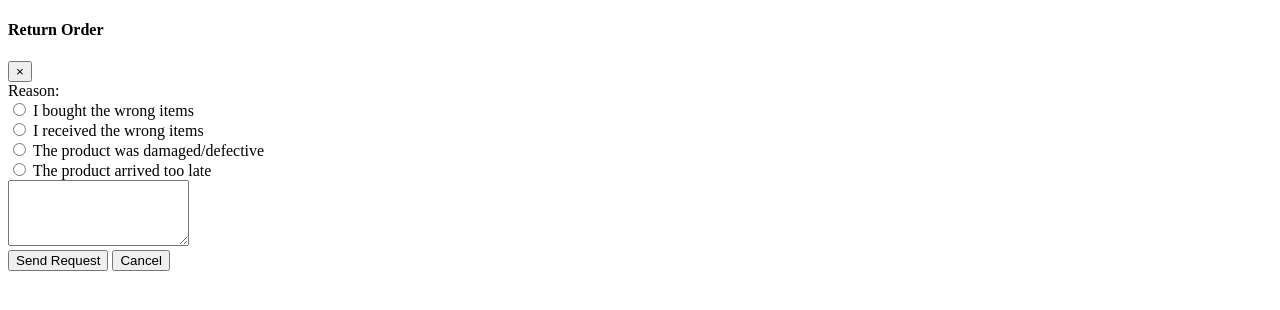
Repository: quockhuongtrann/Ecommerce-Website-With-Spring-Framework
Page: http://localhost/orders/return_order_modal
These files come from the project's save history. The page is drawn as it stood at one moment and after the next save; the edit follows.
The browser window is 1280 px wide. The pictures show the whole page.
The page is this project's Thymeleaf template; nobody is signed in. The template is opened directly, without the code that normally fills it, so the values that code supplies are empty.

Above is the page before, as saved 2023-01-17 09:26:21.

### ShopTqkProject/ShopTqkWebParent/ShopTqkFrontend/src/main/resources/templates/orders/return_order_modal.html
<!DOCTYPE html>
<html>
<body>
<div th:fragment="content" class="modal fade" id="returnOrderModal">
	<div class="modal-dialog">
		<div class="modal-content">
			<div class="modal-header">
				<h4 class="modal-title" id="returnOrderModalTitle">Return Order</h4>
				<button type="button" class="close" data-dismiss="modal">&times;</button>
			</div>
			<div class="modal-body">
				<div>
					<div>Reason:</div>
					<div>
						<input type="radio" name="returnReason" value="I bought the wrong items" required />
						I bought the wrong items
					</div>
					<div>
						<input type="radio" name="returnReason" value="I received the wrong items" />
						I received the wrong items
					</div>
					<div>
						<input type="radio" name="returnReason" value="The product was damaged/defective" />
						The product was damaged/defective
					</div>
					<div>
						<input type="radio" name="returnReason" value="The product arrived too late" />
						The product arrived too late
					</div>
					<div class="m-1">
						<textarea class="form-control" id="returnNote" rows="4" maxlength="120"></textarea>
					</div>
				</div>


			</div>
			<div class="modal-footer">
				<button type="submit" class="btn btn-success" id="firstButton">Send Request</button>
				<button type="button" class="btn btn-danger" id="secondButton" data-dismiss="modal">Cancel</button>
			</div>
		</div>
	</div>
</div>
</body>
</html>

After the next save:
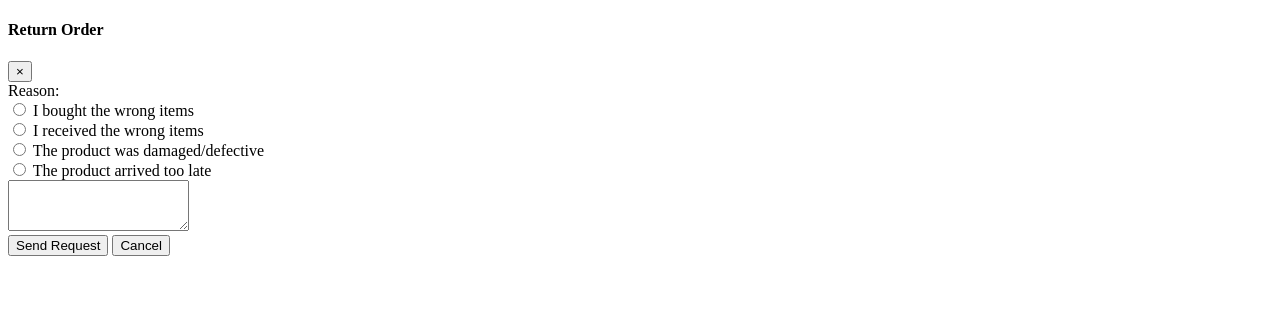
Saved 6 s later.
--- a/ShopTqkProject/ShopTqkWebParent/ShopTqkFrontend/src/main/resources/templates/orders/return_order_modal.html
+++ b/ShopTqkProject/ShopTqkWebParent/ShopTqkFrontend/src/main/resources/templates/orders/return_order_modal.html
@@ -28,7 +28,7 @@
 						The product arrived too late
 					</div>
 					<div class="m-1">
-						<textarea class="form-control" id="returnNote" rows="4" maxlength="120"></textarea>
+						<textarea class="form-control" id="returnNote" rows="3" maxlength="120"></textarea>
 					</div>
 				</div>
 
